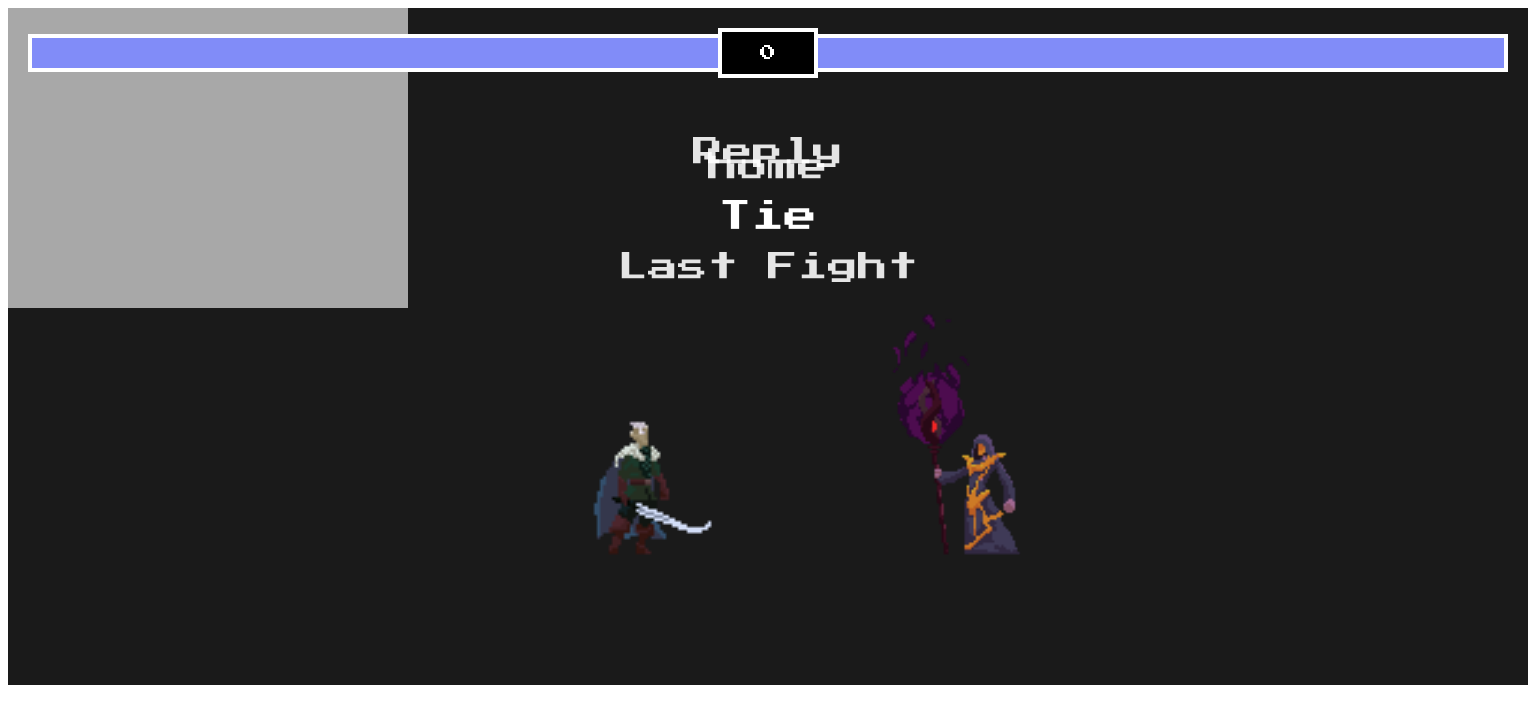
Repository: Gaurav31052/Fighting-game
Page: index.html
The author's editor kept a copy of each file at every save. The page is drawn from the files as they stood at one save, then again after a run of saves.
The browser window is 1280 px wide. The page is 1528 px wide, so the pictures cover 1528 px, including what lies to the right of the window. The pictures show the whole page.
Some web libraries are served in a nearby version.

Above is the page before, as saved 2024-05-30 22:17:17.

### index.html
<head>
    <link rel="preconnect" href="https://fonts.googleapis.com">
    <link rel="preconnect" href="https://fonts.gstatic.com" crossorigin>
    <link href="https://fonts.googleapis.com/css2?family=Press+Start+2P&display=swap" rel="stylesheet">
    <style>
        * {
            box-sizing: border-box;
            font-family: "Press Start 2P", system-ui;
        }

            @keyframes fadeIn {
                from { opacity: 0; }
                to { opacity: 1; }
            }

    </style>
</head>

<body>
    <!-- red container div -->
    <div style="position: relative; display: inline-block;">
        <!-- smaller red container div -->
        <div style="position: absolute; display: flex; align-items: center; width: 100%; padding: 20px;">
            <!-- player health -->
            <div style="position: relative; width: 100%; display: flex; justify-content: flex-end;
            border-top: 4px solid white;
            border-bottom: 4px solid white;
            border-left: 4px solid white;

            ">
                <div style="background-color: red; height: 30px; width: 100%;"></div>
                <div id="playerHealth"
                    style="position: absolute; background: #818CF8; top: 0; right: 0; bottom: 0; width: 100%;"></div>
            </div>
            <!-- timer -->
            <div id="timer"
                style="background-color: black; width: 100px; height: 50px; flex-shrink: 0; display: flex; align-items: center; justify-content: center; color: white; border: 4px solid white">
                10
            </div>
            <!-- enemy health -->
            <div style="position: relative;  width: 100%; border-top: 4px solid white;
            border-bottom: 4px solid white;
            border-right: 4px solid white;">
                <div style="background-color: red; height: 30px;"></div>
                <div id="enemyHealth"
                    style="position: absolute; background: #818CF8; top: 0; right: 0; bottom: 0; left: 0;"></div>
            </div>
        </div>
        <div id="displayText" style="position: absolute; color: white; display: flex; align-items: center; justify-content: center; top: 0;
        right: 0; left: 0; bottom: 260; font-size: 33px; display: none;">tie</div>
        <div id="displayText2" style="position: absolute; color: white; display: flex; align-items: center; justify-content: center; top: 0;
        right: 0; left: 0; bottom: 160; font-size: 30px; display: none; opacity: 0; animation: fadeIn 5s forwards; "></div>

        <div id="displayText3" style="position: absolute; color: white; display: flex; align-items: center; justify-content: center; top: 0;
        right: 0; left: 0; bottom: 260; font-size: 33px; display: none; border-radius: 2px solid black; ">
        <div id="displayText4" style="position: absolute; color: white; display: flex; align-items: center; justify-content: center; top: 0;
        right: 0; left: 0; bottom: 130; font-size: 30px; display: none; opacity: 0; animation: fadeIn 5s forwards; ">Replay</div>
        <div id="displayText5" style="position: absolute; color: white; display: flex; align-items: center; justify-content: center; top: 0;
        right: 0; left: 0; bottom: 100; font-size: 30px; display: none; opacity: 0; animation: fadeIn 5s forwards; ">home</div>

    </div>

        <canvas id="canvas"></canvas>

    </div>

<!-- <script src="//cdnjs.cloudflare.com/ajax/libs/annyang/2.6.1/annyang.min.js"></script> -->
    <script src="https://cdnjs.cloudflare.com/ajax/libs/gsap/3.9.1/gsap.min.js"
        integrity="sha512-H6cPm97FAsgIKmlBA4s774vqoN24V5gSQL4yBTDOY2su2DeXZVhQPxFK4P6GPdnZqM9fg1G3cMv5wD7e6cFLZQ=="
        crossorigin="anonymous" referrerpolicy="no-referrer"></script>
    <script src="JS/utils.js"></script>
    <script src="JS/classes.js"></script>
    <script src="game.js"></script>

</body>

### JS/utils.js
function rectangularCollision({ rectangle1, rectangle2 }) {
    return (rectangle1.attackBox.position.x + rectangle1.attackBox.width >= rectangle2.position.x && rectangle1.attackBox.position.x <= rectangle2.position.x + rectangle2.width && rectangle1.attackBox.position.y + rectangle1.attackBox.height >= rectangle2.position.y && rectangle1.attackBox.position.y <= rectangle2.position.y + rectangle2.height)
}

function determineWinner({ player, enemy, timerId }) {
    clearTimeout(timerId)
    document.querySelector('#displayText').style.display = 'flex'
    document.querySelector('#displayText2').style.display = 'flex'
    document.querySelector('#displayText3').style.display = 'flex'
    document.querySelector('#displayText4').style.display = 'flex'
    document.querySelector('#displayText5').style.display = 'flex'
    if (player.health === enemy.health) {
        game_sound.pause();
        draw.loop=true;
        draw.play();
        document.querySelector('#displayText').innerHTML = 'Tie'
        document.querySelector('#displayText2').innerHTML = 'Last Fight'
        document.querySelector('#displayText4').innerHTML = 'Reply'
        document.querySelector('#displayText5').innerHTML = 'home'
    }
    else if (player.health > enemy.health) {
        game_sound.pause();
        winning.play()
        document.querySelector('#displayText').innerHTML = 'Player-1 Wins!'
        document.querySelector('#displayText2').innerHTML = 'Last Fight'
    }
    else if (player.health < enemy.health) {
        game_sound.pause();
        winning.play()
        document.querySelector('#displayText').innerHTML = 'Player-2 Wins!'
        document.querySelector('#displayText2').innerHTML = 'Last Fight'
    }
}

let timer = 3;
let timerId
function decreaseTimer() {
    if (timer > 0) {
        timerId = setTimeout(decreaseTimer, 1000)
        timer--
        document.querySelector('#timer').innerHTML = timer;
    }
    if (timer == 0) {
        determineWinner({ player, enemy, timerId })
    }
}


var draw =new Audio("./audio/tie_bgm.mp3");
var winning =new Audio("./audio/winning audio.mp3");

### JS/classes.js
class Sprite {
    constructor({ position, imageSrc, scale = 1, frameMax = 1, offset = { x: 0, y: 0 } }) {
        this.position = position;
        this.width = 50
        this.height = 150
        this.image = new Image()
        this.image.src = imageSrc
        this.scale = scale
        this.frameMax = frameMax
        this.frameCurrent = 0
        this.frameElapsed = 0
        this.frameHold = 5
        this.offset = offset
    }
    draw() {

        c.drawImage(this.image, this.frameCurrent * (this.image.width / this.frameMax), 0, this.image.width / this.frameMax, this.image.height,

            this.position.x - this.offset.x, this.position.y - this.offset.y, (this.image.width / this.frameMax) * this.scale, this.image.height * this.scale)
    }

    animateFrame() {
        this.frameElapsed++
        if (this.frameElapsed % this.frameHold === 0) {
            if (this.frameCurrent < this.frameMax - 1) {

                this.frameCurrent++
            }
            else {
                this.frameCurrent = 0
            }
        }
    }

    update() {
        this.draw()
        this.animateFrame()
    }
}




class Fighter extends Sprite {
    constructor({ position, velocity, color = 'red', imageSrc, scale = 1, frameMax = 1, offset = { x: 0, y: 0 }, sprites,attackBox ={offset: {}, width: undefined, height: undefined} }) {
        super({
            position,
            imageSrc,
            frameMax,
            scale,
            offset
        })

        this.velocity = velocity;
        this.width = 50
        this.height = 150
        this.lastkey
        this.attackBox = {
            position: {
                x: this.position.x,
                y: this.position.y
            },
            offset: attackBox.offset,
            width: attackBox.width,
            height: attackBox.height
        }
        this.color = color
        this.isAttacking
        this.health = 100
        this.frameCurrent = 0
        this.frameElapsed = 0
        this.frameHold = 5
        this.sprites =sprites
        this.dead = false

        for(const sprite in this.sprites){
            sprites[sprite].image =new Image()
            sprites[sprite].image.src= sprites[sprite].imageSrc
        }

    }
    // draw() {
    //     c.fillStyle = this.color
    //     c.fillRect(this.position.x, this.position.y, this.width, this.height)

    //     // attack box
    //     if (this.isAttacking) {
    //         c.fillStyle = 'green'
    //         c.fillRect(this.attackBox.position.x, this.attackBox.position.y, this.attackBox.width, this.attackBox.height)
    //     }
    // }
    update() {
        this.draw()
        if(!this.dead)
        this.animateFrame()


// attack boxes
        this.attackBox.position.x = this.position.x + this.attackBox.offset.x
        this.attackBox.position.y = this.position.y + this.attackBox.offset.y

        // draw the attack box
        // c.fillRect(this.attackBox.position.x, this.attackBox.position.y, this.attackBox.width, this.attackBox.height)

        this.position.y += this.velocity.y
        this.position.x += this.velocity.x

        //gravity function
        if (this.position.y + this.height + this.velocity.y >= canvas.height-200) {
            this.velocity.y = 0
            this.position.y = 400
        }
        else {
            this.velocity.y += gravity
        }

    }
    attack() {
        this.switchSprite('attack1')
        this.isAttacking = true

    }

    takeHit(){
        this.health -= 5

        if(this.health <= 0){
            this.switchSprite('death')
        }
        else{
            this.switchSprite('takeHit')
        }
    }

    switchSprite(sprite){
        if(this.image === this.sprites.death.image) {
            if(this.frameCurrent=== this.sprites.death.frameMax-1) this.dead = true
            return}
        // overriding all other animations with the attack animations
        if(this.image === this.sprites.attack1.image && this.frameCurrent < this.sprites.attack1.frameMax -1) return

        // override when fighter gets hit
        if(this.image === this.sprites.takeHit.image && this.frameCurrent < this.sprites.takeHit.frameMax -1) return

        switch (sprite) {
            case 'idle':
                if(this.image!= this.sprites.idle.image){
                this.image=this.sprites.idle.image
                this.frameMax = this.sprites.idle.frameMax
                this.frameCurrent = 0
        }
                break;
            case 'run':
            if(this.image!= this.sprites.run.image){
            this.image=this.sprites.run.image
            this.frameMax = this.sprites.run.frameMax
            this.frameCurrent = 0
        }
                break;
            case 'jump':
                if(this.image!= this.sprites.jump.image){
                this.image =this.sprites.jump.image
                this.frameMax = this.sprites.jump.frameMax
                this.frameCurrent = 0
                }
                break;
            case 'fall':
                if(this.image!= this.sprites.fall.image){
                this.image =this.sprites.fall.image
                this.frameMax = this.sprites.fall.frameMax
                this.frameCurrent = 0
                }
                break;
            case 'attack1':
                if(this.image!= this.sprites.attack1.image){
                this.image =this.sprites.attack1.image
                this.frameMax = this.sprites.attack1.frameMax
                this.frameCurrent = 0
                }
                break;
            case 'takeHit':
                if(this.image!= this.sprites.takeHit.image){
                this.image =this.sprites.takeHit.image
                this.frameMax = this.sprites.takeHit.frameMax
                this.frameCurrent = 0
                }
                break;
            case 'death':
                if(this.image!= this.sprites.death.image){
                this.image =this.sprites.death.image
                this.frameMax = this.sprites.death.frameMax
                this.frameCurrent = 0
                }

                break;

        }
    }
}

### game.js
const canvas = document.getElementById('canvas');
const c = canvas.getContext('2d');

canvas.width = 1520
// canvas.width = window. innerWidth;
canvas.height = 677
// canvas.height = window. innerHeight;

c.fillRect(0, 0, canvas.width, canvas.height)

const gravity = 2.9


const background = new Sprite({
    position: {
        x: 0,
        y: 0,

    },
    // imageSrc: './img/background5.jpg'
    imageSrc: localStorage.getItem(1)


})





// const shop = new Sprite({
//     position: {
//         x: 600,
//         y: 128
//     },
//     imageSrc: './img/shop.png',
//     scale: 2.75,
//     frameMax: 6
// })


const player = new Fighter({
    position: {
        x: 600,
        y: 0
    },
    velocity: {
        x: 0,
        y: 0
    },
    offset: {
        x: 0,
        y: 0
    },
    imageSrc: './img/samuraiMack/Idle.png',

    frameMax: 10,
    scale:3,
    offset: {
        x:215,
        y:157
    },

    sprites:{
        idle: {
            imageSrc: './img/samuraiMack/Idle.png',
            frameMax: 10
        },
        run:{
            imageSrc: './img/samuraiMack/Run.png',
            frameMax: 8

        },
        jump:{
            imageSrc: './img/samuraiMack/Jump.png',
            frameMax: 3

        },
        fall:{
            imageSrc: './img/samuraiMack/Fall.png',
            frameMax: 3
        },
        attack1:{
            imageSrc: './img/samuraiMack/Attack1.png',
            frameMax: 7
        },
        takeHit:{
            imageSrc: './img/samuraiMack/Take hit.png',
            frameMax: 3
        },
        death:{
            imageSrc: './img/samuraiMack/Death.png',
            frameMax: 7
        }

    },
    attackBox:{
        offset:{
            x:90,
            y:50
        },
        width:70,
        height:50
    }
})




const enemy = new Fighter({
    position: {
        x: 900,
        y: 100
    },
    velocity: {
        x: 0,
        y: 0
    },
    color: 'blue',
    offset: {
        x: -50,
        y: 0
    },
    imageSrc: './img/kenji/Idle.png',
    frameMax: 8,
    scale:2.3,
    offset: {
        x:215,
        y:238
    },

    sprites:{
        idle: {
            imageSrc: './img/kenji/Idle.png',

            frameMax: 8
        },
        run:{
            imageSrc: './img/kenji/Run.png',
            frameMax: 8

        },
        jump:{
            imageSrc: './img/kenji/Jump.png',
            frameMax: 2

        },
        fall:{
            imageSrc: './img/kenji/Fall.png',
            frameMax: 2
        },
        attack1:{
            imageSrc: './img/kenji/Attack1.png',
            frameMax: 8
        },
        takeHit:{
            imageSrc:'./img/kenji/Take hit.png',
            frameMax: 3
        },
        death:{
            imageSrc: './img/kenji/Death.png',
            frameMax: 7
        }


    },
    attackBox:{
        offset:{
            x:-140,
            y:50
        },
        width:130,
        height:50
    }
})

// console.log(player)

const key = {
    a: {
        pressed: false
    },
    d: {
        pressed: false
    },
    ArrowRight: {
        pressed: false
    },
    ArrowLeft: {
        pressed: false
    }
}


decreaseTimer()


function animate() {
    window.requestAnimationFrame(animate)
    c.fillStyle = 'black'
    c.fillRect(0, 0, canvas.width, canvas.height)
    background.update()
    // shop.update()
    c.fillStyle ='rgba(255,255,255,0.1)'
    c.fillRect(0,0, canvas.width, canvas.height)
    player.update()
    enemy.update()
    player.velocity.x = 0
    enemy.velocity.x = 0

    // player movement

    if (key.a.pressed && player.lastkey === 'a') {
        player.velocity.x = -5
        player.switchSprite('run')
    }
    else if (key.d.pressed && player.lastkey === 'd') {
        player.velocity.x = 5
        player.switchSprite('run')
    }
    else{
        player.switchSprite('idle')
    }

    //jumping player
    if(player.velocity.y<0){
       player.switchSprite('jump')
    }
    else if(player.velocity.y>0){
        player.switchSprite('fall')
    }



    // enemy movement
    if (key.ArrowLeft.pressed && enemy.lastkey === 'ArrowLeft') {
        enemy.velocity.x = -5
        enemy.switchSprite('run')
    }
    else if (key.ArrowRight.pressed && enemy.lastkey === 'ArrowRight') {
        enemy.velocity.x = 5
        enemy.switchSprite('run')
    }
    else{
        enemy.switchSprite('idle')
    }
     //jumping enemy
     if(enemy.velocity.y<0){
        enemy.switchSprite('jump')
     }
     else if(enemy.velocity.y>0){
         enemy.switchSprite('fall')
     }

    // detect for collision & enemy get hit
    if (rectangularCollision({ rectangle1: player, rectangle2: enemy }) && player.isAttacking && player.frameCurrent===4) {
        enemy.takeHit()
        enemy_take_hit.volume=0.2
        enemy_take_hit.play()
        player.isAttacking = false

        // document.querySelector('#enemyHealth').style.width = enemy.health + '%'
        gsap.to('#enemyHealth',{
            width:enemy.health + '%'
        })
    }

    // if player misses
    if(player.isAttacking && player.frameCurrent === 4){
        player.isAttacking = false
    }

    // this is where our player hit
    if (rectangularCollision({ rectangle1: enemy, rectangle2: player }) && enemy.isAttacking && enemy.frameCurrent === 2) {
        player.takeHit()
        player_take_hit.volume=0.2
        player_take_hit.play();
        enemy.isAttacking = false
        // console.log('enemy is Attacking')
        // document.querySelector('#playerHealth').style.width = player.health + '%'
        gsap.to('#playerHealth',{
            width:player.health + '%'
        })
    }

     // if enemy misses
     if(enemy.isAttacking && enemy.frameCurrent === 2){
        enemy.isAttacking = false
    }
    // end game based on health
    if (enemy.health <= 0 || player.health <= 0) {
        determineWinner({ player, enemy, timerId })
    }
}

animate()


window.addEventListener('keydown', (event) => {
    if(!player.dead){


    switch (event.key) {
        case 'd':
            key.d.pressed = true
            player.lastkey = 'd'
            break
        case 'a':
            key.a.pressed = true
            player.lastkey = 'a'
            break
        case 'w':
            player.velocity.y = -38
            break
        case ' ':
            player.attack()
            sword.play();
            break

        }
    }

    if(!enemy.dead){

switch(event.key){
    case 'ArrowRight':
            key.ArrowRight.pressed = true
            enemy.lastkey = 'ArrowRight'
            break
        case 'ArrowLeft':
            key.ArrowLeft.pressed = true
            enemy.lastkey = 'ArrowLeft'
            break
        case 'ArrowUp':
            enemy.velocity.y = -38
            break
        case 'ArrowDown':
            enemy.attack()
            woo1.play();
            break
}

}

})
window.addEventListener('keyup', (event) => {
    switch (event.key) {
        case 'd':
            key.d.pressed = false
            break
        case 'a':
            key.a.pressed = false
            break

    }

    // enemy key
    switch (event.key) {
        case 'ArrowRight':
            key.ArrowRight.pressed = false
            break
        case 'ArrowLeft':
            key.ArrowLeft.pressed = false
            break

    }
})





// voice command

// if(annyang){
//     var commands={
//         // 'forward': function(){alert('helloooo');}
//         'forward': function(){ key.d.pressed = true
//             player.lastkey = 'd'
//         setTimeout(()=>{
//             key.d.pressed = false
//             annyang.start()
//         },500)
//         },
//         'stop': function(){ key.d.pressed = false
//             player.lastkey = 'd' },
//         'back': function(){key.a.pressed = true
//             player.lastkey = 'a'
//             setTimeout(()=>{
//                 key.a.pressed = false
//                 annyang.start()
//             },500)},
//         'jump': function(){player.velocity.y = -38
//             annyang.start()},
//         'attack': function(){ player.attack()
//             annyang.start()}
//     };
//     annyang.addCommands(commands);
//     annyang.start();
// }


//Sound Effect
var sword =new Audio("./audio/sword sound.mp4");
var player_take_hit =new Audio("./audio/grunt_1.mp3");
var enemy_take_hit =new Audio("./audio/grunt_2.mp3");
var woo1 =new Audio("./audio/woo1.mp3");
var fight = new Audio("./audio/fight-deep-voice.mp3");
fight.play();
// draw_music.play();
var game_sound =new Audio("./audio/game_bgm.mp3");
game_sound.loop=true;
game_sound.volume=0.3;
game_sound.play();

After the next 2 saves:
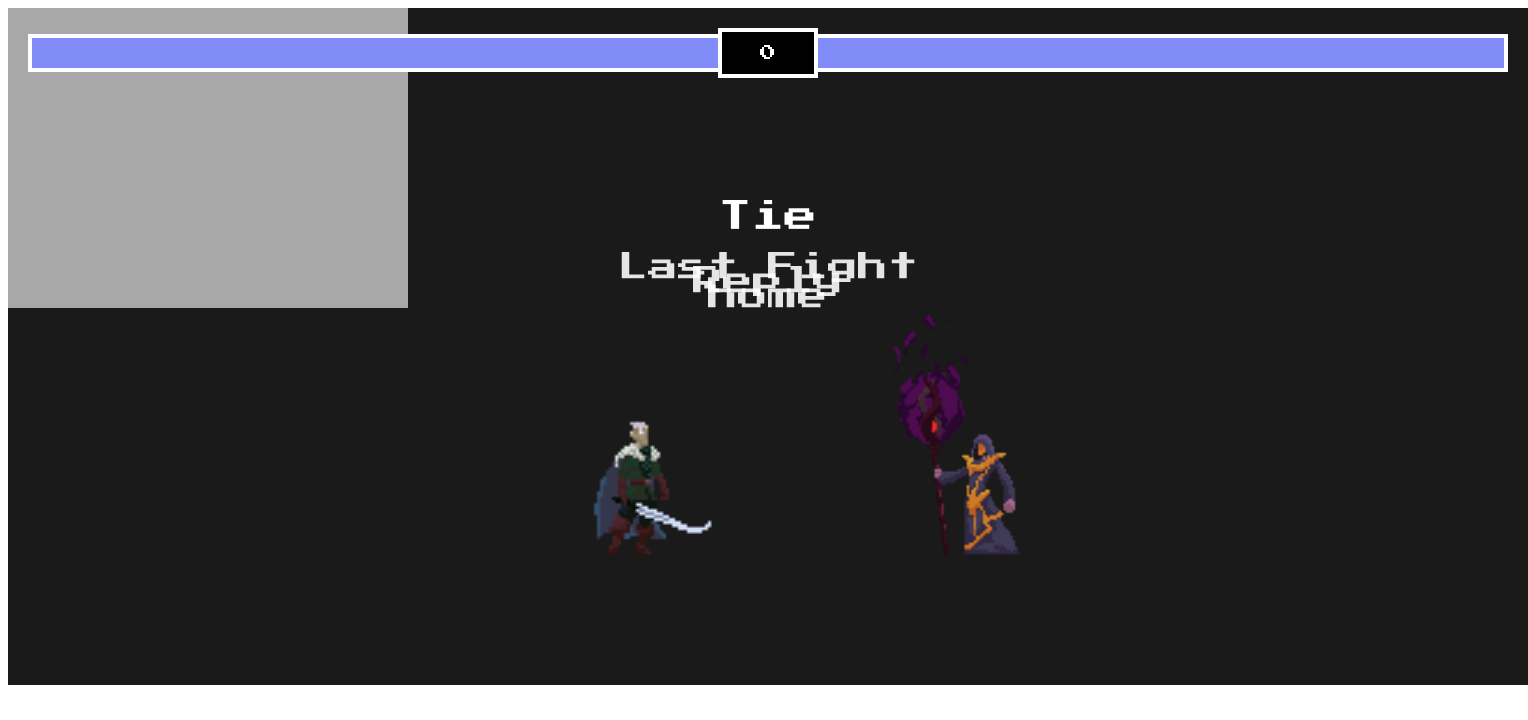
The 2 saves are shown as one change because they came seconds apart.
The last was saved 7 s later.
--- a/index.html
+++ b/index.html
@@ -52,7 +52,7 @@
         right: 0; left: 0; bottom: 160; font-size: 30px; display: none; opacity: 0; animation: fadeIn 5s forwards; "></div>
 
         <div id="displayText3" style="position: absolute; color: white; display: flex; align-items: center; justify-content: center; top: 0;
-        right: 0; left: 0; bottom: 260; font-size: 33px; display: none; border-radius: 2px solid black; ">
+        right: 0; left: 0; bottom: 2; font-size: 33px; display: none; border-radius: 2px solid black; ">
         <div id="displayText4" style="position: absolute; color: white; display: flex; align-items: center; justify-content: center; top: 0;
         right: 0; left: 0; bottom: 130; font-size: 30px; display: none; opacity: 0; animation: fadeIn 5s forwards; ">Replay</div>
         <div id="displayText5" style="position: absolute; color: white; display: flex; align-items: center; justify-content: center; top: 0;
